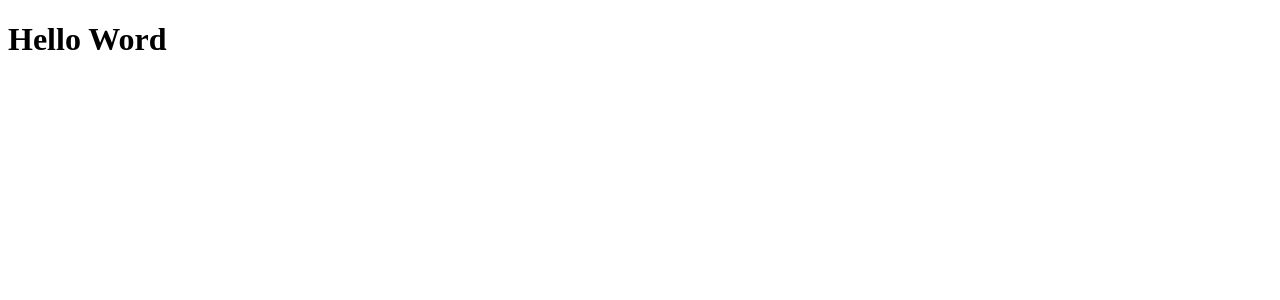
Repository: mpersonsolia/letmeask
Page: /
These files come from the project's save history. The page is drawn as it stood at one moment and after the next save; the edit follows.
The browser window is 1280 px wide. The pictures show the whole page.
The project was rebuilt for these pictures with package versions that can differ from the ones it lists, and the page was loaded fresh each time.

Above is the page before, as saved 2021-06-21 19:19:58.

After the next save:
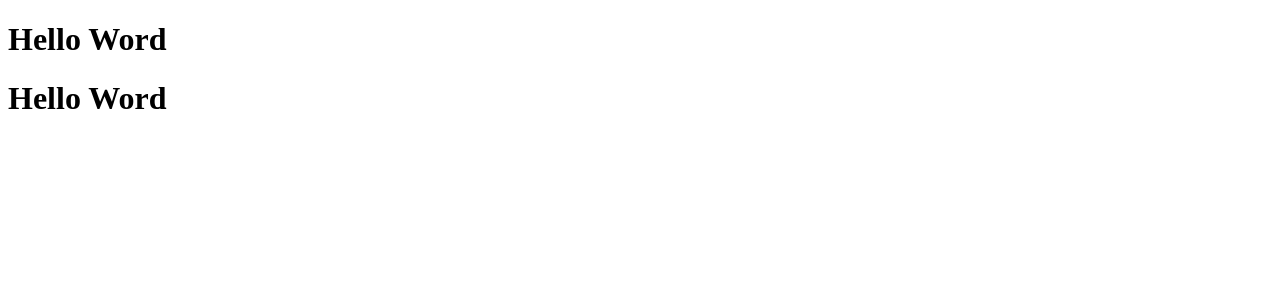
Saved 4 min 54 s later.
--- a/src/App.tsx
+++ b/src/App.tsx
@@ -1,7 +1,12 @@
+import Header from './header'
+
 function App() {
   console.log(process.env)
   return (
+    <div>
    <h1>Hello Word</h1>
+   <Header />
+   </div>
   );
 }
 
